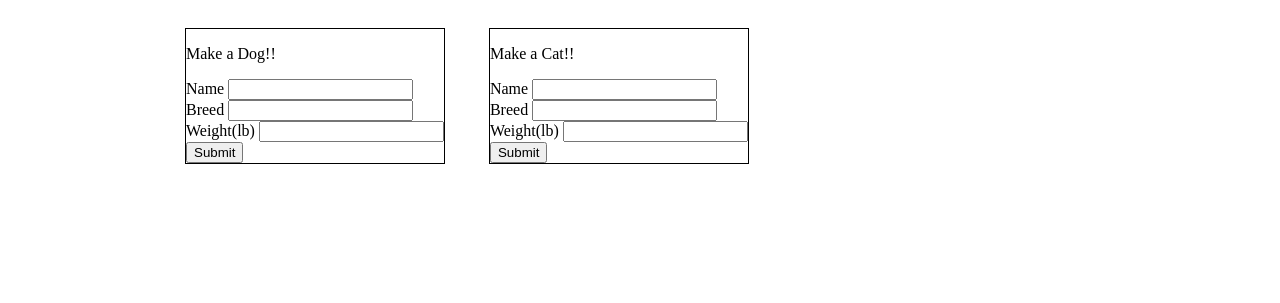
Repository: harshithamagani/Java-Basics
Page: http://localhost/pets/
The author's editor kept a copy of each file at every save. The page is drawn from the files as they stood at one save, then again after the next save.
The browser window is 1280 px wide. The pictures show the whole page.
The page is served by Tomcat 9. Other server files are loaded and not shown.

Above is the page before, as saved 2019-11-05 01:06:22.

### pets/WebContent/WEB-INF/index.jsp
<%@ page language="java" contentType="text/html; charset=UTF-8"
    pageEncoding="UTF-8"%>
<!DOCTYPE html>
<html>
<head>
<meta charset="UTF-8">
<title>Pets Form</title>
<style type="text/css">
#wrapper{
width:950px;
margin: 0 auto;
}
#dog-section{
display: inline-block;
border: solid black 1px;
margin : 20px;
}
#cat-section{
display: inline-block;
border: solid black 1px;
margin : 20px;
}

</style>
</head>
<body>
	<div id="wrapper">
		<div id="dog-section">
		<p>Make a Dog!!</p>
			<form action="/dog" method="GET">
				<label>Name</label>
				<input name="name" type="text"><br>
				<label>Breed</label>
				<input name="breed" type="text"><br>
				<label>Weight(lb)</label>
				<input name="weight" type="text"><br>
				<input name="submit" type="submit" value="Submit">
			</form>
		</div>
		<div id="cat-section">
		<p>Make a Cat!!</p>
		<form action="/cat" method="GET">
			<label>Name</label>
			<input name="name" type="text"><br>
			<label>Breed</label>
			<input name="breed" type="text"><br>
			<label>Weight(lb)</label>
			<input name="weight" type="text"> <br>
			<input name="submit" type="submit" value="Submit">
		</form>
		</div>
	</div>
</body>
</html>

### pets/src/com/pets/codingdojo/controllers/index.java
package com.pets.codingdojo.controllers;

import java.io.IOException;

import javax.servlet.RequestDispatcher;
import javax.servlet.ServletException;
import javax.servlet.annotation.WebServlet;
import javax.servlet.http.HttpServlet;
import javax.servlet.http.HttpServletRequest;
import javax.servlet.http.HttpServletResponse;

/**
 * Servlet implementation class index
 */
@WebServlet("/")
public class index extends HttpServlet {
	private static final long serialVersionUID = 1L;

    /**
     * @see HttpServlet#HttpServlet()
     */
    public index() {
        super();
        // TODO Auto-generated constructor stub
    }

	/**
	 * @see HttpServlet#doGet(HttpServletRequest request, HttpServletResponse response)
	 */
	protected void doGet(HttpServletRequest request, HttpServletResponse response) throws ServletException, IOException {
		// TODO Auto-generated method stub
		RequestDispatcher req = request.getRequestDispatcher("/WEB-INF/index.jsp");
		req.forward(request, response);
	}

	/**
	 * @see HttpServlet#doPost(HttpServletRequest request, HttpServletResponse response)
	 */
	protected void doPost(HttpServletRequest request, HttpServletResponse response) throws ServletException, IOException {
		// TODO Auto-generated method stub
		doGet(request, response);
	}

}

After the next save:
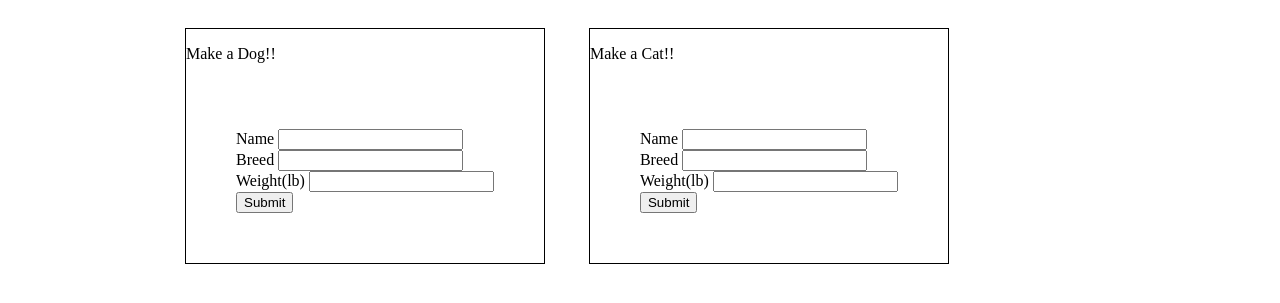
Saved 13 s later.
--- a/pets/WebContent/WEB-INF/index.jsp
+++ b/pets/WebContent/WEB-INF/index.jsp
@@ -19,6 +19,9 @@ margin : 20px;
 display: inline-block;
 border: solid black 1px;
 margin : 20px;
+}
+form{
+padding:50px;
 }
 
 </style>
